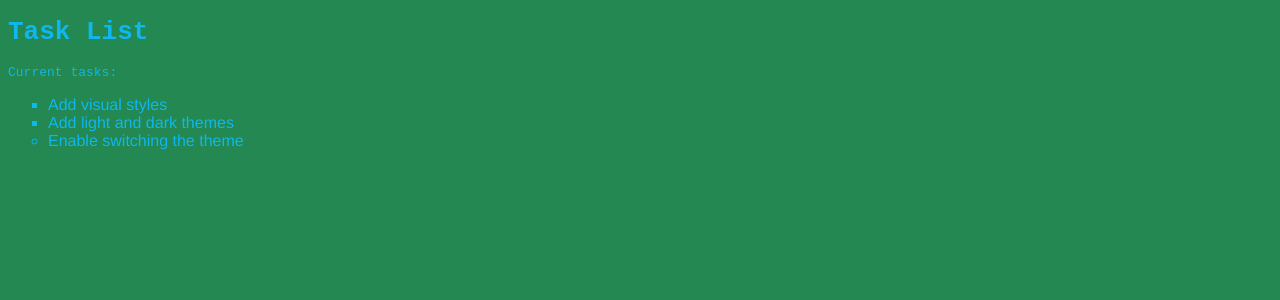
Repository: MaggieMengXingchen/Class-4
Page: index.html
These files come from the project's save history. The page is drawn as it stood at one moment and after the next save; the edit follows.
The browser window is 1280 px wide. The pictures show the whole page.

Above is the page before, as saved 2024-02-14 13:39:05.

### index.html
<!DOCTYPE html>
<html lang="en">
<head>
    <meta charset="UTF-8">
    <meta name="viewport" content="width=device-width, initial-scale=1.0">
    <title>Document</title>
    <Link rel="stylesheet" href="main.css">
</head>
<body class="light-theme">
    <h1>Task List</h1>
    <p id="msg">Current tasks:</p>
    <ul>
    <li class="list">Add visual styles</li>
    <li class="list">Add light and dark themes</li>
    <li>Enable switching the theme</li>
</ul>
</body>
</html>

### main.css
:root {
--green: #00FF00;
--white: #FFFFFF;
--black: #000000;
}
body {
font-family: monospace; /*将网页主体部分的字体设置为等宽字体*/
} ul {
font-family: helvetica; /*将所有无序列表（<ul>标签）的字体设置为Helvetica字体*/
}
li {
list-style: circle;
}
.list {
list-style: square;
}
#msg {
font-family: monospace;
}
.light-theme {/*类选择器，它将应用于任何有class="light-theme"属性的HTML元素*/
color: #0fb7ef;
background: #238851;
}
.dark-theme { /*类选择器，它将应用于任何有class="dark-theme"属性的HTML元素*/

After the next save:
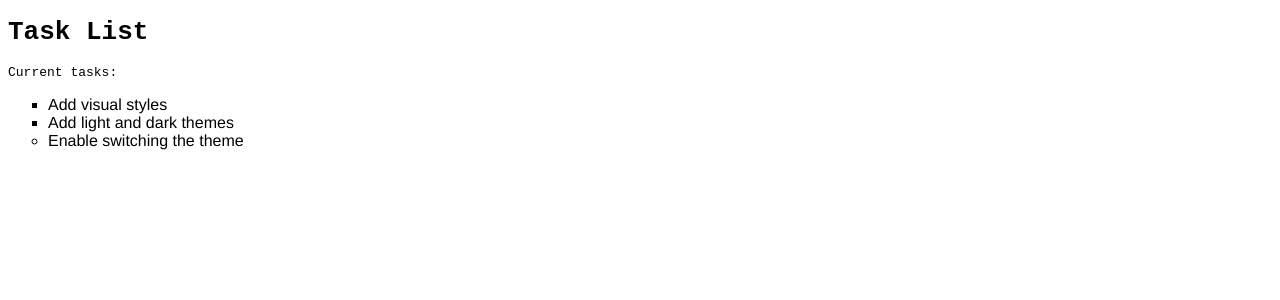
Saved 80 s later.
--- a/main.css
+++ b/main.css
@@ -17,8 +17,4 @@ list-style: square;
 #msg {
 font-family: monospace;
 }
-.light-theme {/*类选择器，它将应用于任何有class="light-theme"属性的HTML元素*/
-color: #0fb7ef;
-background: #238851;
-}
-.dark-theme { /*类选择器，它将应用于任何有class="dark-theme"属性的HTML元素*/
+.light-theme { --bg: var(--green); --fontColor: var(--black); }.dark-theme { --bg: var(--black); --fontColor: var(--green); }
